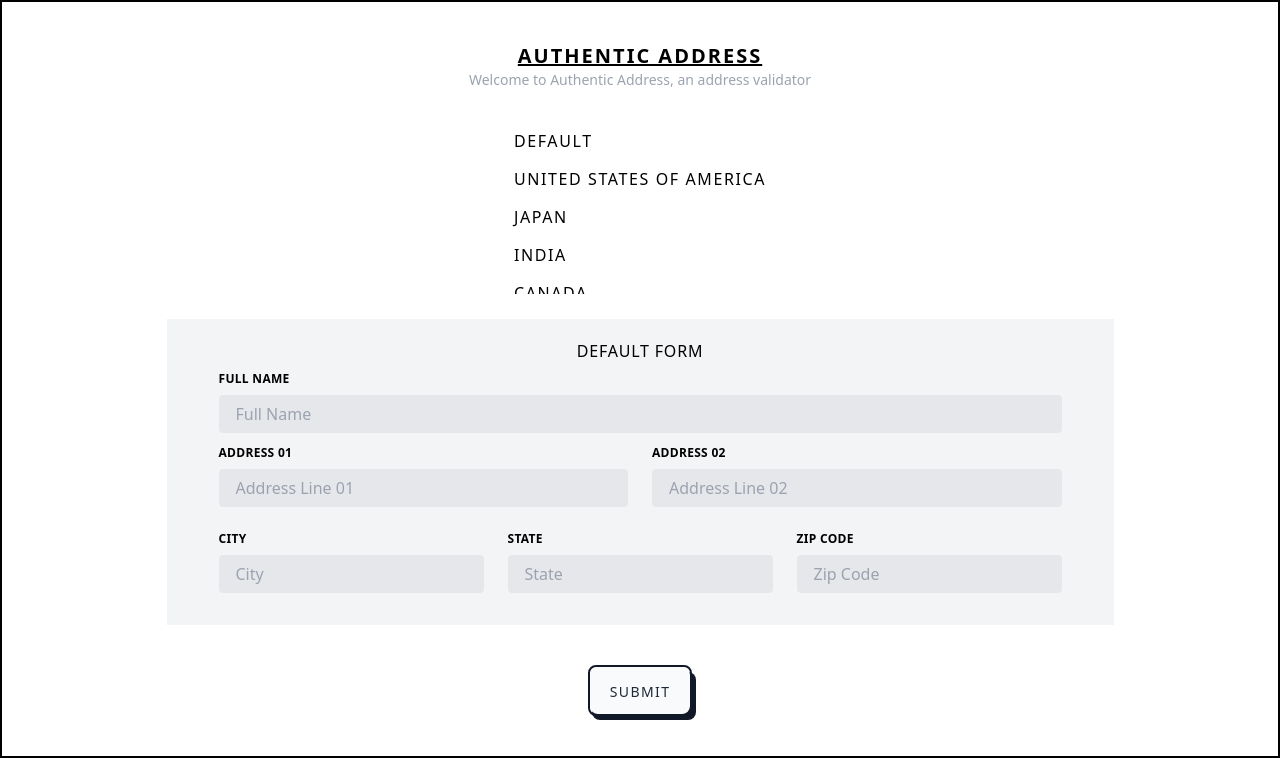
Repository: jay-singhvi/SWArchDesign_TeamProject
Page: / (app in frontend/address-validation/)
The author's editor kept a copy of each file at every save. The page is drawn from the files as they stood at one save, then again after the next save.
The browser window is 1280 px wide. The pictures show the whole page.
The project was rebuilt for these pictures with package versions that can differ from the ones it lists, and the page was loaded fresh each time. Also part of the build but not shown: frontend/address-validation/src/components/UsaForm.js, frontend/address-validation/src/components/JapanForm.js, frontend/address-validation/src/components/CanadaForm.js, frontend/address-validation/src/components/IndiaForm.js.

Above is the page before, as saved 2023-03-09 16:27:39.

### frontend/address-validation/public/index.html
<!DOCTYPE html>
<html lang="en">
  <head>
    <meta charset="utf-8" />
    <meta name="viewport" content="width=device-width, initial-scale=1" />
    <meta name="theme-color" content="#000000" />
    <meta
      name="description"
      content="Web site created using create-react-app"
    />
    <link rel="apple-touch-icon" href="%PUBLIC_URL%/logo192.png" />
    <!--
      manifest.json provides metadata used when your web app is installed on a
      user's mobile device or desktop. See https://developers.google.com/web/fundamentals/web-app-manifest/
    -->
    <link rel="manifest" href="%PUBLIC_URL%/manifest.json" />
    <!--
      Notice the use of %PUBLIC_URL% in the tags above.
      It will be replaced with the URL of the `public` folder during the build.
      Only files inside the `public` folder can be referenced from the HTML.

      Unlike "/favicon.ico" or "favicon.ico", "%PUBLIC_URL%/favicon.ico" will
      work correctly both with client-side routing and a non-root public URL.
      Learn how to configure a non-root public URL by running `npm run build`.
    -->
    <title>Authentic Address</title>
  </head>
  <body>
    <noscript>You need to enable JavaScript to run this app.</noscript>
    <div id="root"></div>
    <!--
      This HTML file is a template.
      If you open it directly in the browser, you will see an empty page.

      You can add webfonts, meta tags, or analytics to this file.
      The build step will place the bundled scripts into the <body> tag.

      To begin the development, run `npm start` or `yarn start`.
      To create a production bundle, use `npm run build` or `yarn build`.
    -->
  </body>
</html>

### frontend/address-validation/src/App.js
import React, { useState } from "react";
import { styled } from "@mui/material/styles";
import Table from "@mui/material/Table";
import TableFooter from "@mui/material/TableFooter";
import TableBody from "@mui/material/TableBody";
import TableCell, { tableCellClasses } from "@mui/material/TableCell";
import TableContainer from "@mui/material/TableContainer";
import TableHead from "@mui/material/TableHead";
import TablePagination from "@mui/material/TablePagination";
import TableRow from "@mui/material/TableRow";
import USAForm from "./components/UsaForm";
import JapanForm from "./components/JapanForm";
import CanadaForm from "./components/CanadaForm";
import IndiaForm from "./components/IndiaForm";
import DefaultForm from "./components/DefaultForm";

function App() {
  // variables to handle the Request and Response
  const [countryList, setCountryList] = useState("");
  const [formData, setFormData] = useState(null);
  const [responseData, setResponseData] = useState(null);
  const [page, setPage] = useState(0);
  const [rowsPerPage, setRowsPerPage] = useState(5);

  const emptyRows =
    page > 0 ? Math.max(0, (1 + page) * rowsPerPage - responseData.length) : 0;

  const handleChangePage = (event, newPage) => {
    setPage(newPage);
  };

  const handleChangeRowsPerPage = (event) => {
    setRowsPerPage(parseInt(event.target.value, 10));
    setPage(0);
  };

  const StyledTableCell = styled(TableCell)(({ theme }) => ({
    [`&.${tableCellClasses.head}`]: {
      backgroundColor: theme.palette.common.white,
      color: theme.palette.common.black,
    },
    [`&.${tableCellClasses.body}`]: {
      fontSize: 14,
    },
  }));

  const StyledTableRow = styled(TableRow)(({ theme }) => ({
    "&:nth-of-type(odd)": {
      backgroundColor: theme.palette.action.hover,
    },
    "&:last-child td, &:last-child th": {
      border: 0,
    },
  }));

  // Set of Counries under consideration
  const countries = [
    { name: "Default" },
    { name: "United States of America" },
    { name: "Japan" },
    { name: "India" },
    { name: "Canada" },
  ];

  // Function to render form based on Countries
  function renderForm() {
    if (countryList.length === 1) {
      console.log(countryList);
      if (countryList.includes("United States of America"))
        return <USAForm setFormData={setFormData} />;
      else if (countryList.includes("India"))
        return <IndiaForm setFormData={setFormData} />;
      else if (countryList.includes("Japan"))
        return <JapanForm setFormData={setFormData} />;
      else if (countryList.includes("Canada"))
        return <CanadaForm setFormData={setFormData} />;
      else return <DefaultForm setFormData={setFormData} />;
    }
    // Renders form for multiple selected countries
    else {
      return <DefaultForm setFormData={setFormData} />;
    }
  }

  // Handles selected country and set ths
  function handleSelectedCountry(event) {
    const selectedOptions = Array.from(event.target.selectedOptions);
    const selectedValues = selectedOptions.map((option) => option.value);
    setCountryList(selectedValues);
  }

  // Finds address based on the form data
  async function findAddress(event) {
    event.preventDefault();

    // If only one country is selected
    if (countryList.length === 1) {
      //If selected country id default then send country field empty in JSON request
      if (countryList[0] === "Default") {
        countryList[0] = "";
      }
      const updatedFormData = { ...formData, Country: countryList[0] };

      // If form data has Name attribute then search based on name and country
      if (formData !== null && formData.Name !== null) {
        try {
          const response = await fetch(
            "http://127.0.0.1:5000/api/searchCountriesByClient",
            {
              method: "POST",
              headers: {
                "Content-Type": "application/json",
              },
              body: JSON.stringify(updatedFormData),
            }
          );

          const data = await response.json();
          setResponseData(data);
        } catch (error) {
          console.error(error);
          setResponseData({ error: "An error occurred" });
        }
      }

      //If name is not mentioned then populate all addresses for that country based on JSON request
      else {
        try {
          const response = await fetch(
            "http://127.0.0.1:5000/api/searchCountry",
            {
              method: "POST",
              headers: {
                "Content-Type": "application/json",
              },
              body: JSON.stringify(updatedFormData),
            }
          );

          const data = await response.json();
          setResponseData(data);
        } catch (error) {
          console.error(error);
          setResponseData({ error: "An error occurred" });
        }
      }
    }
    //If more one country is selected then send the list of countries with JSON request
    else if (countryList.length > 1) {
      const updatedFormData = { ...formData, Country: countryList };

      try {
        const response = await fetch(
          "http://127.0.0.1:5000//api/searchCountries",
          {
            method: "POST",
            headers: {
              "Content-Type": "application/json",
            },
            body: JSON.stringify(updatedFormData),
          }
        );

        const data = await response.json();
        setResponseData(data);
      } catch (error) {
        console.error(error);
        setResponseData({ error: "An error occurred" });
      }
    }
    // If only name is mentioned then look for that name in all countries
    else if (formData !== null && formData.Name !== null) {
      try {
        const response = await fetch(
          "http://127.0.0.1:5000/api/searchCountriesByClient",
          {
            method: "POST",
            headers: {
              "Content-Type": "application/json",
            },
            body: JSON.stringify(formData),
          }
        );

        const data = await response.json();
        setResponseData(data);
      } catch (error) {
        console.error(error);
        console.log(error);
        setResponseData({ error: "An error occurred" });
      }
    }
    setFormData({});
  }

  // Give all the options of countries to user for selection
  return (
    <div className=" items-center justify-between min-h-screen  ">
      <div className="  py-10 flex flex-col items-center border-2 border-black">
        <h1 className=" uppercase tracking-widest font-bold text-xl underline">
          Authentic Address
        </h1>
        <p className=" text-gray-400 text-sm">
          Welcome to Authentic Address, an address validator
        </p>

        {/* select countries */}
        <div className=" mt-3">
          <select
            className=" p-5 outline-none focus:outline-none"
            multiple
            value={countryList}
            onChange={handleSelectedCountry}
          >
            {countries.map((country) => (
              <option
                className=" cursor-pointer uppercase tracking-widest p-2 hover:bg-gray-300"
                key={country.name}
                value={country.name}
              >
                {country.name}
              </option>
            ))}
          </select>
        </div>

        {renderForm()}

        <a class="relative inline-block text-lg group mt-10">
          <span class="relative z-10 block px-5 py-3 overflow-hidden font-medium leading-tight text-gray-800 transition-colors duration-300 ease-out border-2 border-gray-900 rounded-lg group-hover:text-white">
            <span class="absolute inset-0 w-full h-full px-5 py-3 rounded-lg bg-gray-50"></span>
            <span class="absolute left-0 w-48 h-48 -ml-2 transition-all duration-300 origin-top-right -rotate-90 -translate-x-full translate-y-12 bg-gray-900 group-hover:-rotate-180 ease"></span>
            <button
              type="submit"
              onClick={findAddress}
              className=" relative uppercase tracking-widest text-sm"
            >
              Submit
            </button>
          </span>
          <span
            class="absolute bottom-0 right-0 w-full h-12 -mb-1 -mr-1 transition-all duration-200 ease-linear bg-gray-900 rounded-lg group-hover:mb-0 group-hover:mr-0"
            data-rounded="rounded-lg"
          ></span>
        </a>

        {/* output */}
        {responseData && (
          <div className="mt-40 mb-14">
            <div className="">
              <h1 className=" text-center uppercase font-bold tracking-widest">
                Results
              </h1>
            </div>
            <TableContainer sx={{ minHeight: 500 }}>
              <Table stickyHeader aria-label="sticky table">
                <TableHead>
                  <TableRow>
                    <StyledTableCell
                      sx={{ fontWeight: "fontWeightBold", textAlign: "left" }}
                    >
                      Name
                    </StyledTableCell>
                    <StyledTableCell
                      sx={{ fontWeight: "fontWeightBold", textAlign: "center" }}
                    >
                      Address 01
                    </StyledTableCell>
                    <StyledTableCell
                      sx={{ fontWeight: "fontWeightBold", textAlign: "left" }}
                    >
                      Address 02
                    </StyledTableCell>
                    <StyledTableCell
                      sx={{ fontWeight: "fontWeightBold", textAlign: "left" }}
                    >
                      City
                    </StyledTableCell>
                    <StyledTableCell
                      sx={{ fontWeight: "fontWeightBold", textAlign: "left" }}
                    >
                      State
                    </StyledTableCell>
                    <StyledTableCell
                      sx={{ fontWeight: "fontWeightBold", textAlign: "center" }}
                    >
                      Zip Code
                    </StyledTableCell>
                    <StyledTableCell
                      sx={{ fontWeight: "fontWeightBold", textAlign: "center" }}
                    >
                      Country
                    </StyledTableCell>
                  </TableRow>
                </TableHead>
                <TableBody>
                  {(rowsPerPage > 0
                    ? responseData.slice(
                        page * rowsPerPage,
                        page * rowsPerPage + rowsPerPage
                      )
                    : responseData
                  ).map((address) => (
                    <StyledTableRow key={address._id}>
                      <StyledTableCell sx={{ textAlign: "left" }}>
                        {address.Name}
                      </StyledTableCell>
                      <StyledTableCell sx={{ textAlign: "center" }}>
                        {address.Address1}
                      </StyledTableCell>
                      <StyledTableCell sx={{ textAlign: "left" }}>
                        {address.Address2}
                      </StyledTableCell>
                      <StyledTableCell>{address.City}</StyledTableCell>
                      <StyledTableCell>{address.State}</StyledTableCell>
                      <StyledTableCell>{address.ZipCode}</StyledTableCell>
                      <StyledTableCell sx={{ textAlign: "center" }}>
                        {address.Country}
                      </StyledTableCell>
                    </StyledTableRow>
                  ))}
                  {emptyRows > 0 && (
                    <TableRow style={{ height: 53 * emptyRows }}>
                      <TableCell colSpan={6} />
                    </TableRow>
                  )}
                </TableBody>
                <TableFooter>
                  <TableRow>
                    <TablePagination
                      rowsPerPageOptions={[
                        5,
                        10,
                        25,
                        { label: "All", value: -1 },
                      ]}
                      colSpan={3}
                      count={responseData.length}
                      rowsPerPage={rowsPerPage}
                      page={page}
                      SelectProps={{
                        inputProps: {
                          "aria-label": "rows per page",
                        },
                        native: true,
                      }}
                      onPageChange={handleChangePage}
                      onRowsPerPageChange={handleChangeRowsPerPage}
                    />
                  </TableRow>
                </TableFooter>
              </Table>
            </TableContainer>
          </div>
        )}
      </div>
    </div>
  );
}

<>
  <USAForm />
  <JapanForm />
  <CanadaForm />
  <IndiaForm />
  <DefaultForm />
</>;

export default App;

### frontend/address-validation/src/components/DefaultForm.js
import React, { useState } from "react";

function DefaultForm({setFormData}) {
    const [formValues, setFormValues] = useState({});
    function updateForm(event) {
      setFormValues({
        ...formValues,
        [event.target.name]: event.target.value,
      });
      setFormData({
        ...formValues,
        [event.target.name]: event.target.value,
      });
    }

    return (
      <div className=" bg-gray-100 items-center mt-6 px-10 py-5">
        <h2 className="uppercase tracking-wider font-medium text-center">
          Default Form
        </h2>

        <div className=" mt-2 space-y-3">
          <div className="w-full px-3 mb-3">
            <label
              className="block uppercase tracking-wide text-black text-xs font-bold mb-2"
              for="grid-first-name"
            >
              Full Name
            </label>
            <input
              onChange={updateForm}
              className="appearance-none block w-full bg-gray-200 text-gray-700 border rounded py-2 px-4 mb-3 leading-tight focus:outline-none focus:bg-white"
              type="text"
              placeholder="Full Name"
              name="Name"
            />
          </div>

          {/* address 01 02 */}
          <div className=" flex">
            <div className=" w-full px-3 mb-3">
              <label className=" block uppercase tracking-wide text-black text-xs font-bold mb-2">
                Address 01
              </label>
              <input
                onChange={updateForm}
                className=" appearance-none block w-full bg-gray-200 text-gray-700 border border-gray-200 rounded py-2 px-4 leading-tight focus:outline-none focus:bg-white focus:border-gray-500"
                type="text"
                name="Address1"
                placeholder="Address Line 01"
              />
            </div>
            <div className=" w-full px-3 mb-3">
              <label className=" block uppercase tracking-wide text-black text-xs font-bold mb-2">
                Address 02
              </label>
              <input
                onChange={updateForm}
                className=" appearance-none block w-full bg-gray-200 text-gray-700 border border-gray-200 rounded py-2 px-4 leading-tight focus:outline-none focus:bg-white focus:border-gray-500"
                type="text"
                name="Address2"
                placeholder="Address Line 02"
              />
            </div>
          </div>

          {/* city state and zip */}
          <div className=" flex">
            <div className=" w-full px-3 mb-3">
              <label className=" block uppercase tracking-wide text-black text-xs font-bold mb-2">
                City
              </label>
              <input
                onChange={updateForm}
                className=" appearance-none block w-full bg-gray-200 text-gray-700 border border-gray-200 rounded py-2 px-4 leading-tight focus:outline-none focus:bg-white focus:border-gray-500"
                type="text"
                name="City"
                placeholder="City"
              />
            </div>
            <div className=" w-full px-3 mb-3">
              <label className=" block uppercase tracking-wide text-black text-xs font-bold mb-2">
                State
              </label>
              <input
                onChange={updateForm}
                className=" appearance-none block w-full bg-gray-200 text-gray-700 border border-gray-200 rounded py-2 px-4 leading-tight focus:outline-none focus:bg-white focus:border-gray-500"
                type="text"
                name="State"
                placeholder="State"
              />
            </div>
            <div className=" w-full px-3 mb-3">
              <label className=" block uppercase tracking-wide text-black text-xs font-bold mb-2">
                Zip Code
              </label>
              <input
                onChange={updateForm}
                className=" appearance-none block w-full bg-gray-200 text-gray-700 border border-gray-200 rounded py-2 px-4 leading-tight focus:outline-none focus:bg-white focus:border-gray-500"
                type="text"
                name="Zipcode"
                placeholder="Zip Code"
              />
            </div>
          </div>
        </div>
      </div>
    );
  }


export default DefaultForm

Loaded but not shown: frontend/address-validation/src/index.js (common file); frontend/address-validation/src/index.css (common file); frontend/address-validation/src/reportWebVitals.js (common file); frontend/address-validation/tailwind.config.js (common file)

After the next save:
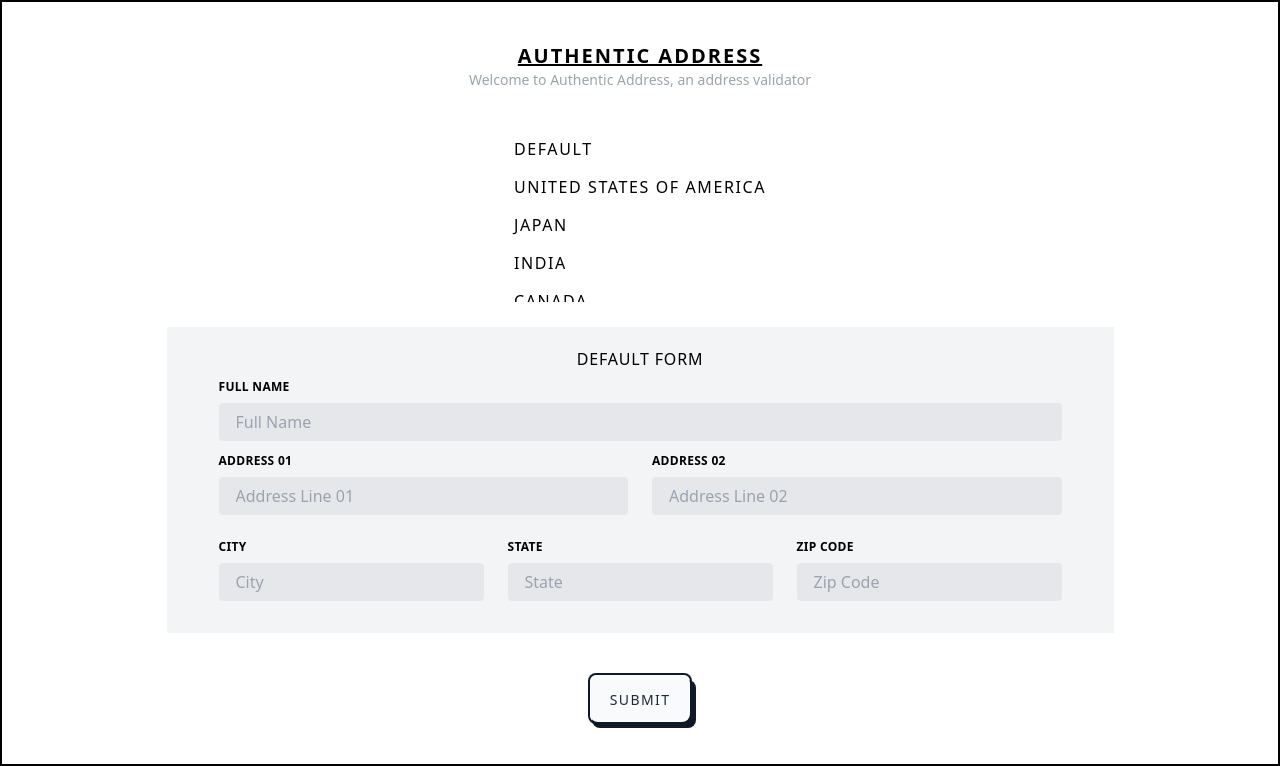
Saved 7 min 20 s later.
--- a/frontend/address-validation/src/App.js
+++ b/frontend/address-validation/src/App.js
@@ -205,7 +205,7 @@ function App() {
         </p>
 
         {/* select countries */}
-        <div className=" mt-3">
+        <div className=" mt-5">
           <select
             className=" p-5 outline-none focus:outline-none"
             multiple
